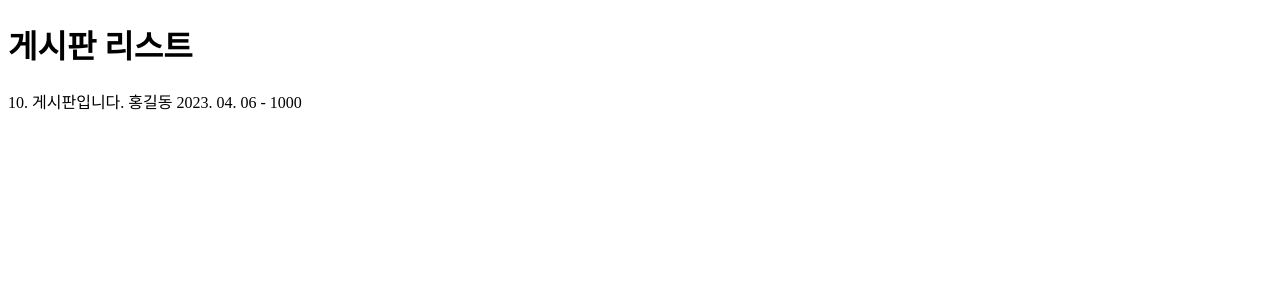
Repository: nsj2204/spring2
Page: http://localhost/ex01/board/list.do
An editor plug-in stored every save of this project. The page is shown before and after the next save, followed by the edit.
The browser window is 1280 px wide. The pictures show the whole page.
The page is served by Tomcat 9. Other server files are loaded and not shown.

Above is the page before, as saved 2023-04-06 00:57:24.

### ex01/src/main/webapp/WEB-INF/views/board/list.jsp
<%@ page language="java" contentType="text/html; charset=UTF-8"
    pageEncoding="UTF-8"%>
<!DOCTYPE html>
<html>
<head>
<meta charset="UTF-8">
<title>Insert title here</title>
</head>
<body>
<h1>게시판 리스트</h1>
<div onclick='location="view.do"'>10. 게시판입니다. 홍길동 2023. 04. 06 - 1000</div>
</body>
</html>

After the next save:
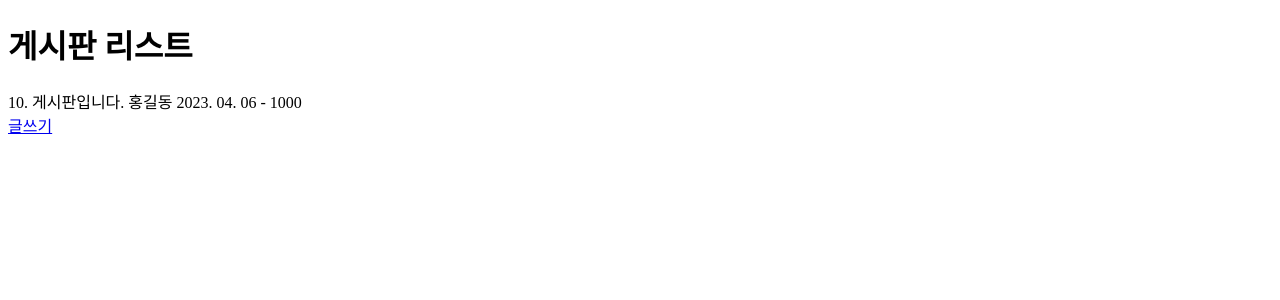
Saved 26 s later.
--- a/ex01/src/main/webapp/WEB-INF/views/board/list.jsp
+++ b/ex01/src/main/webapp/WEB-INF/views/board/list.jsp
@@ -9,5 +9,6 @@
 <body>
 <h1>게시판 리스트</h1>
 <div onclick='location="view.do"'>10. 게시판입니다. 홍길동 2023. 04. 06 - 1000</div>
+<a href="write.do">글쓰기</a>
 </body>
 </html>
